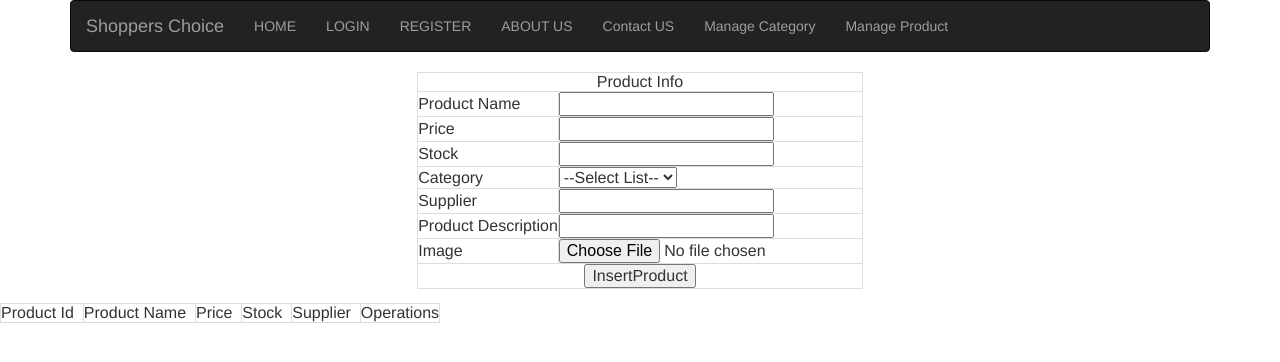
Repository: ShivaniSharma97/NewWorkspace
Page: http://localhost/ShoppersChoiceFrontend/WEB-INF/views/Product.jsp
These files come from the project's save history. The page is drawn as it stood at one moment and after the next save; the edit follows.
The browser window is 1280 px wide. The pictures show the whole page.
The page is served by Tomcat 9. Nobody is signed in. The template is opened directly, without the code that normally fills it, so the values that code supplies are empty.

Above is the page before, as saved 2019-02-13 08:53:33.

After the next save:
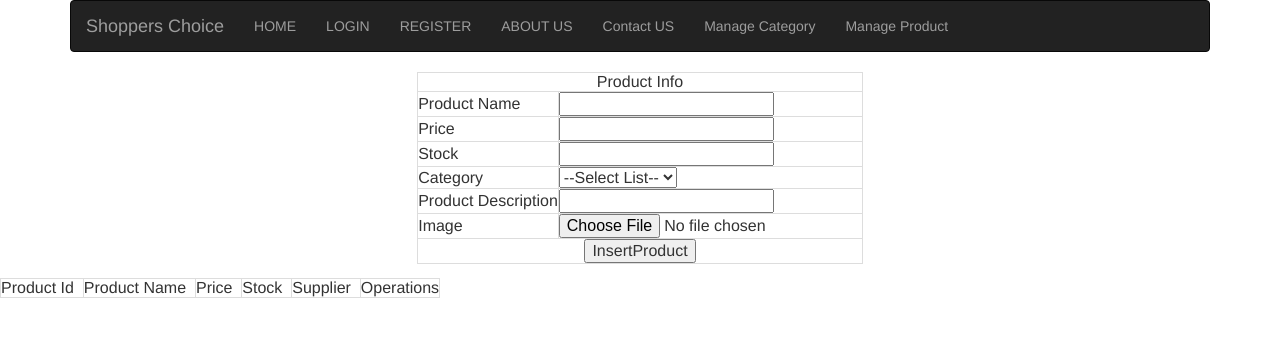
Saved 69 s later.
--- a/ShoppersChoiceFrontend/src/main/webapp/WEB-INF/views/Product.jsp
+++ b/ShoppersChoiceFrontend/src/main/webapp/WEB-INF/views/Product.jsp
@@ -37,10 +37,7 @@
     </td>
   </tr>
 
-  <tr>
-     <td> Supplier </td>
-     <td> <form:input path="supplierID" /> </td>
-  </tr>
+
 
   <tr>
      <td> Product Description </td>
